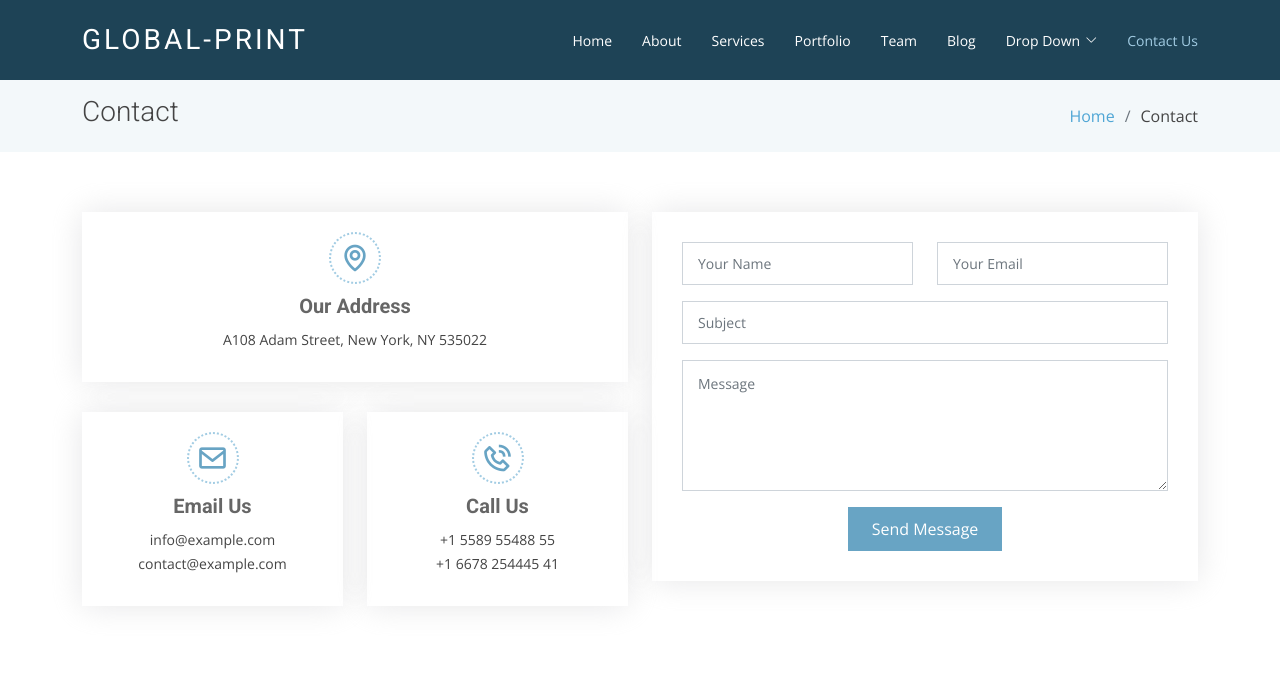
Repository: VachArt/Global-print
Page: contact.html
The author's editor kept a copy of each file at every save. The page is drawn from the files as they stood at one save, then again after the next save.
The browser window is 1280 px wide. The pictures show the part of the page from y = 0 to 674 px (the page is 1789 px tall).
Pictures or frames that could not be fetched are drawn as grey boxes.

Above is the page before, as saved 2022-06-09 12:58:27.

### contact.html
<!DOCTYPE html>
<html lang="en">

<head>
  <meta charset="utf-8">
  <meta content="width=device-width, initial-scale=1.0" name="viewport">

  <title>GlobalPrint</title>
  <meta content="" name="description">
  <meta content="" name="keywords">


  <!-- Google Fonts -->
  <link href="https://fonts.googleapis.com/css?family=Open+Sans:300,300i,400,400i,600,600i,700,700i|Roboto:300,300i,400,400i,500,500i,700,700i&display=swap" rel="stylesheet">

  <!-- Vendor CSS Files -->
  <link href="assets/vendor/animate.css/animate.min.css" rel="stylesheet">
  <link href="assets/vendor/aos/aos.css" rel="stylesheet">
  <link href="assets/vendor/bootstrap/css/bootstrap.min.css" rel="stylesheet">
  <link href="assets/vendor/bootstrap-icons/bootstrap-icons.css" rel="stylesheet">
  <link href="assets/vendor/boxicons/css/boxicons.min.css" rel="stylesheet">
  <link href="assets/vendor/glightbox/css/glightbox.min.css" rel="stylesheet">
  <link href="assets/vendor/swiper/swiper-bundle.min.css" rel="stylesheet">

  <!-- Template Main CSS File -->
  <link href="assets/css/style.css" rel="stylesheet">

  <!-- =======================================================
  * Template Name: Moderna - v4.8.0
  * Template URL: https://bootstrapmade.com/free-bootstrap-template-corporate-moderna/
  * Author: BootstrapMade.com
  * License: https://bootstrapmade.com/license/
  ======================================================== -->
</head>

<body>

  <!-- ======= Header ======= -->
  <header id="header" class="fixed-top d-flex align-items-center ">
    <div class="container d-flex justify-content-between align-items-center">

      <div class="logo">
        <h1 class="text-light"><a href="index.html"><span>Global-Print</span></a></h1>
        <!-- Uncomment below if you prefer to use an image logo -->
        <!-- <a href="index.html"><img src="assets/img/logo.png" alt="" class="img-fluid"></a>-->
      </div>

      <nav id="navbar" class="navbar">
        <ul>
          <li><a class="" href="index.html">Home</a></li>
          <li><a href="about.html">About</a></li>
          <li><a href="services.html">Services</a></li>
          <li><a href="portfolio.html">Portfolio</a></li>
          <li><a href="team.html">Team</a></li>
          <li><a href="blog.html">Blog</a></li>
          <li class="dropdown"><a href="#"><span>Drop Down</span> <i class="bi bi-chevron-down"></i></a>
            <ul>
              <li><a href="#">Drop Down 1</a></li>
              <li class="dropdown"><a href="#"><span>Deep Drop Down</span> <i class="bi bi-chevron-right"></i></a>
                <ul>
                  <li><a href="#">Deep Drop Down 1</a></li>
                  <li><a href="#">Deep Drop Down 2</a></li>
                  <li><a href="#">Deep Drop Down 3</a></li>
                  <li><a href="#">Deep Drop Down 4</a></li>
                  <li><a href="#">Deep Drop Down 5</a></li>
                </ul>
              </li>
              <li><a href="#">Drop Down 2</a></li>
              <li><a href="#">Drop Down 3</a></li>
              <li><a href="#">Drop Down 4</a></li>
            </ul>
          </li>
          <li><a class="active" href="contact.html">Contact Us</a></li>
        </ul>
        <i class="bi bi-list mobile-nav-toggle"></i>
      </nav><!-- .navbar -->

    </div>
  </header><!-- End Header -->

  <main id="main">

    <!-- ======= Contact Section ======= -->
    <section class="breadcrumbs">
      <div class="container">

        <div class="d-flex justify-content-between align-items-center">
          <h2>Contact</h2>
          <ol>
            <li><a href="index.html">Home</a></li>
            <li>Contact</li>
          </ol>
        </div>

      </div>
    </section><!-- End Contact Section -->

    <!-- ======= Contact Section ======= -->
    <section class="contact" data-aos="fade-up" data-aos-easing="ease-in-out" data-aos-duration="500">
      <div class="container">

        <div class="row">

          <div class="col-lg-6">

            <div class="row">
              <div class="col-md-12">
                <div class="info-box">
                  <i class="bx bx-map"></i>
                  <h3>Our Address</h3>
                  <p>A108 Adam Street, New York, NY 535022</p>
                </div>
              </div>
              <div class="col-md-6">
                <div class="info-box">
                  <i class="bx bx-envelope"></i>
                  <h3>Email Us</h3>
                  <p>info@example.com<br>contact@example.com</p>
                </div>
              </div>
              <div class="col-md-6">
                <div class="info-box">
                  <i class="bx bx-phone-call"></i>
                  <h3>Call Us</h3>
                  <p>+1 5589 55488 55<br>+1 6678 254445 41</p>
                </div>
              </div>
            </div>

          </div>

          <div class="col-lg-6">
            <form action="forms/contact.php" method="post" role="form" class="php-email-form">
              <div class="row">
                <div class="col-md-6 form-group">
                  <input type="text" name="name" class="form-control" id="name" placeholder="Your Name" required>
                </div>
                <div class="col-md-6 form-group mt-3 mt-md-0">
                  <input type="email" class="form-control" name="email" id="email" placeholder="Your Email" required>
                </div>
              </div>
              <div class="form-group mt-3">
                <input type="text" class="form-control" name="subject" id="subject" placeholder="Subject" required>
              </div>
              <div class="form-group mt-3">
                <textarea class="form-control" name="message" rows="5" placeholder="Message" required></textarea>
              </div>
              <div class="my-3">
                <div class="loading">Loading</div>
                <div class="error-message"></div>
                <div class="sent-message">Your message has been sent. Thank you!</div>
              </div>
              <div class="text-center"><button type="submit">Send Message</button></div>
            </form>
          </div>

        </div>

      </div>
    </section><!-- End Contact Section -->

    <!-- ======= Map Section ======= -->
    <section class="map mt-2">
      <div class="container-fluid p-0">
        <iframe src="https://www.google.com/maps/embed?pb=!1m18!1m12!1m3!1d3024.2219901290355!2d-74.00369368400567!3d40.71312937933185!2m3!1f0!2f0!3f0!3m2!1i1024!2i768!4f13.1!3m3!1m2!1s0x89c25a23e28c1191%3A0x49f75d3281df052a!2s150%20Park%20Row%2C%20New%20York%2C%20NY%2010007%2C%20USA!5e0!3m2!1sen!2sbg!4v1579767901424!5m2!1sen!2sbg" frameborder="0" style="border:0;" allowfullscreen=""></iframe>
      </div>
    </section><!-- End Map Section -->

  </main><!-- End #main -->

  <!-- ======= Footer ======= -->
  <footer id="footer" data-aos="fade-up" data-aos-easing="ease-in-out" data-aos-duration="500">

    <div class="footer-newsletter">
      <div class="container">
        <div class="row">
          <div class="col-lg-6">
            <h4>Our Newsletter</h4>
            <p>Tamen quem nulla quae legam multos aute sint culpa legam noster magna</p>
          </div>
          <div class="col-lg-6">
            <form action="" method="post">
              <input type="email" name="email"><input type="submit" value="Subscribe">
            </form>
          </div>
        </div>
      </div>
    </div>

    <div class="footer-top">
      <div class="container">
        <div class="row">

          <div class="col-lg-3 col-md-6 footer-links">
            <h4>Useful Links</h4>
            <ul>
              <li><i class="bx bx-chevron-right"></i> <a href="#">Home</a></li>
              <li><i class="bx bx-chevron-right"></i> <a href="#">About us</a></li>
              <li><i class="bx bx-chevron-right"></i> <a href="#">Services</a></li>
              <li><i class="bx bx-chevron-right"></i> <a href="#">Terms of service</a></li>
              <li><i class="bx bx-chevron-right"></i> <a href="#">Privacy policy</a></li>
            </ul>
          </div>

          <div class="col-lg-3 col-md-6 footer-links">
            <h4>Our Services</h4>
            <ul>
              <li><i class="bx bx-chevron-right"></i> <a href="#">Web Design</a></li>
              <li><i class="bx bx-chevron-right"></i> <a href="#">Web Development</a></li>
              <li><i class="bx bx-chevron-right"></i> <a href="#">Product Management</a></li>
              <li><i class="bx bx-chevron-right"></i> <a href="#">Marketing</a></li>
              <li><i class="bx bx-chevron-right"></i> <a href="#">Graphic Design</a></li>
            </ul>
          </div>

          <div class="col-lg-3 col-md-6 footer-contact">
            <h4>Contact Us</h4>
            <p>
              A108 Adam Street <br>
              New York, NY 535022<br>
              United States <br><br>
              <strong>Phone:</strong> +1 5589 55488 55<br>
              <strong>Email:</strong> info@example.com<br>
            </p>

          </div>

          <div class="col-lg-3 col-md-6 footer-info">
            <h3>About Moderna</h3>
            <p>Cras fermentum odio eu feugiat lide par naso tierra. Justo eget nada terra videa magna derita valies darta donna mare fermentum iaculis eu non diam phasellus.</p>
            <div class="social-links mt-3">
              <a href="#" class="twitter"><i class="bx bxl-twitter"></i></a>
              <a href="#" class="facebook"><i class="bx bxl-facebook"></i></a>
              <a href="#" class="instagram"><i class="bx bxl-instagram"></i></a>
              <a href="#" class="linkedin"><i class="bx bxl-linkedin"></i></a>
            </div>
          </div>

        </div>
      </div>
    </div>

    <div class="container">
      <div class="copyright">
        &copy; Copyright <strong><span>Moderna</span></strong>. All Rights Reserved
      </div>
      <div class="credits">
        <!-- All the links in the footer should remain intact. -->
        <!-- You can delete the links only if you purchased the pro version. -->
        <!-- Licensing information: https://bootstrapmade.com/license/ -->
        <!-- Purchase the pro version with working PHP/AJAX contact form: https://bootstrapmade.com/free-bootstrap-template-corporate-moderna/ -->
        Designed by <a href="https://bootstrapmade.com/">BootstrapMade</a>
      </div>
    </div>
  </footer><!-- End Footer -->

  <a href="#" class="back-to-top d-flex align-items-center justify-content-center"><i class="bi bi-arrow-up-short"></i></a>

  <!-- Vendor JS Files -->
  <script src="assets/vendor/purecounter/purecounter.js"></script>
  <script src="assets/vendor/aos/aos.js"></script>
  <script src="assets/vendor/bootstrap/js/bootstrap.bundle.min.js"></script>
  <script src="assets/vendor/glightbox/js/glightbox.min.js"></script>
  <script src="assets/vendor/isotope-layout/isotope.pkgd.min.js"></script>
  <script src="assets/vendor/swiper/swiper-bundle.min.js"></script>
  <script src="assets/vendor/waypoints/noframework.waypoints.js"></script>
  <script src="assets/vendor/php-email-form/validate.js"></script>

  <!-- Template Main JS File -->
  <script src="assets/js/main.js"></script>

</body>

</html>

Loaded but not shown: assets/vendor/animate.css/animate.min.css (library); assets/vendor/aos/aos.css (library); assets/vendor/bootstrap/css/bootstrap.min.css (library); assets/vendor/bootstrap-icons/bootstrap-icons.css (library); assets/vendor/boxicons/css/boxicons.min.css (library); assets/vendor/glightbox/css/glightbox.min.css (library); assets/vendor/swiper/swiper-bundle.min.css (library); assets/vendor/purecounter/purecounter.js (library); assets/vendor/aos/aos.js (library); assets/vendor/bootstrap/js/bootstrap.bundle.min.js (library); assets/vendor/glightbox/js/glightbox.min.js (library); assets/vendor/isotope-layout/isotope.pkgd.min.js (library); assets/vendor/swiper/swiper-bundle.min.js (library); assets/vendor/waypoints/noframework.waypoints.js (library); assets/vendor/php-email-form/validate.js (common file); assets/js/main.js (225 lines, source omitted); assets/css/style.css (1988 lines, source omitted)

After the next save:
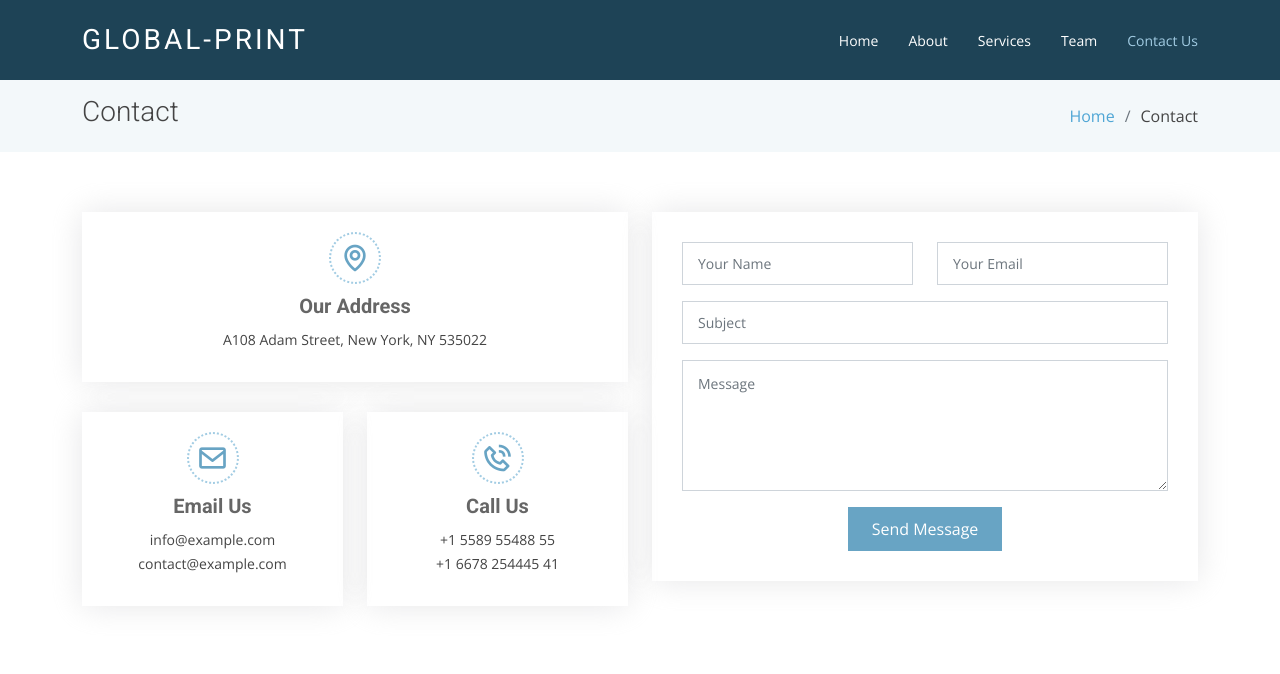
Saved 36 s later.
--- a/contact.html
+++ b/contact.html
@@ -50,26 +50,7 @@
           <li><a class="" href="index.html">Home</a></li>
           <li><a href="about.html">About</a></li>
           <li><a href="services.html">Services</a></li>
-          <li><a href="portfolio.html">Portfolio</a></li>
           <li><a href="team.html">Team</a></li>
-          <li><a href="blog.html">Blog</a></li>
-          <li class="dropdown"><a href="#"><span>Drop Down</span> <i class="bi bi-chevron-down"></i></a>
-            <ul>
-              <li><a href="#">Drop Down 1</a></li>
-              <li class="dropdown"><a href="#"><span>Deep Drop Down</span> <i class="bi bi-chevron-right"></i></a>
-                <ul>
-                  <li><a href="#">Deep Drop Down 1</a></li>
-                  <li><a href="#">Deep Drop Down 2</a></li>
-                  <li><a href="#">Deep Drop Down 3</a></li>
-                  <li><a href="#">Deep Drop Down 4</a></li>
-                  <li><a href="#">Deep Drop Down 5</a></li>
-                </ul>
-              </li>
-              <li><a href="#">Drop Down 2</a></li>
-              <li><a href="#">Drop Down 3</a></li>
-              <li><a href="#">Drop Down 4</a></li>
-            </ul>
-          </li>
           <li><a class="active" href="contact.html">Contact Us</a></li>
         </ul>
         <i class="bi bi-list mobile-nav-toggle"></i>
